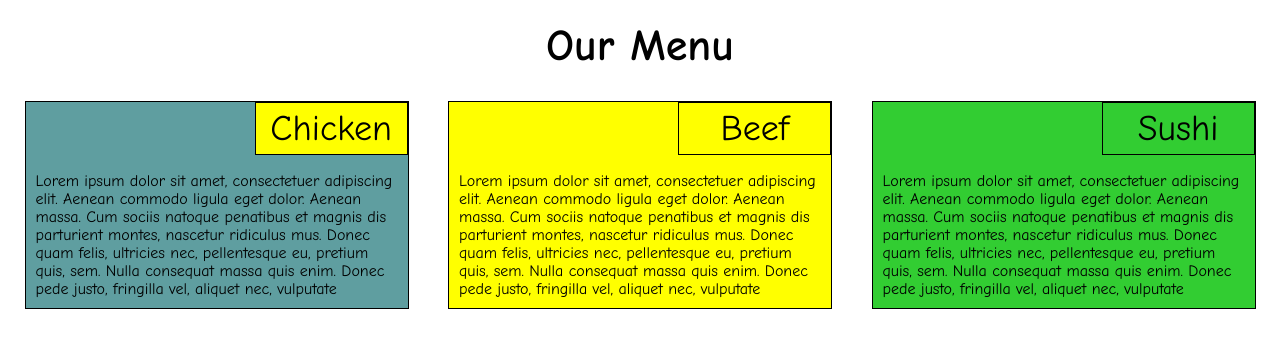
Repository: Normandy72/module2-solution
Page: index.html
An editor plug-in stored every save of this project. The page is shown before and after the next save, followed by the edit.
The browser window is 1280 px wide. The pictures show the whole page.

Above is the page before, as saved 2022-12-05 15:16:57.

### index.html
<!DOCTYPE html>
<html lang="en">
<head>
    <meta charset="UTF-8">
    <meta http-equiv="X-UA-Compatible" content="IE=edge">
    <meta name="viewport" content="width=device-width, initial-scale=1.0">
    <title>Our menu</title>
    <link href="https://fonts.googleapis.com/css2?family=Comic+Neue:ital,wght@0,300;0,400;0,700;1,300;1,400;1,700&family=Roboto:ital,wght@0,100;0,300;0,400;0,500;0,700;0,900;1,100;1,300;1,400;1,500;1,700;1,900&display=swap" rel="stylesheet">
    <link rel="stylesheet" href="styles/style.css">
</head>
<body>
    <h1>Our Menu</h1>
    <div class="wrapper">
        <div class="card">
            <div class="card__name">Chicken</div>
            <p class="card__text">Lorem ipsum dolor sit amet, consectetuer adipiscing elit. Aenean commodo ligula eget dolor. Aenean massa. Cum sociis natoque penatibus et magnis dis parturient montes, nascetur ridiculus mus. Donec quam felis, ultricies nec, pellentesque eu, pretium quis, sem. Nulla consequat massa quis enim. Donec pede justo, fringilla vel, aliquet nec, vulputate</p>
        </div>
        <div class="card">
            <div class="card__name">Beef</div>
            <p class="card__text">Lorem ipsum dolor sit amet, consectetuer adipiscing elit. Aenean commodo ligula eget dolor. Aenean massa. Cum sociis natoque penatibus et magnis dis parturient montes, nascetur ridiculus mus. Donec quam felis, ultricies nec, pellentesque eu, pretium quis, sem. Nulla consequat massa quis enim. Donec pede justo, fringilla vel, aliquet nec, vulputate</p>
        </div>
        <div class="card">
            <div class="card__name">Sushi</div>
            <p class="card__text">Lorem ipsum dolor sit amet, consectetuer adipiscing elit. Aenean commodo ligula eget dolor. Aenean massa. Cum sociis natoque penatibus et magnis dis parturient montes, nascetur ridiculus mus. Donec quam felis, ultricies nec, pellentesque eu, pretium quis, sem. Nulla consequat massa quis enim. Donec pede justo, fringilla vel, aliquet nec, vulputate</p>
        </div>
    </div>
</body>
</html>

### styles/style.css
*{
    font-family: 'Comic Neue', cursive;
    font-size: 10px;

    margin: 0;
    padding: 0;
    box-sizing: border-box;
}

h1{
    font-size: 4.4rem;
    text-align: center;

    padding-top: 20px;
    padding-bottom: 30px;
}

.wrapper{
    display: flex;
    justify-content: space-evenly;
}

.card{
    width: 30%;
    margin: 0 15px 30px;
    position: relative;
    border: 1px solid black;
}

.card__name{
    border: 1px solid black;
    font-size: 3.6rem;
    padding: 5px;
    text-align: center;
    width: 40%;
    position: absolute;
    top: 0;
    right: 0;
}

.card__text{
    font-size: 1.6rem;
    padding: 70px 10px 10px;
}

.card:nth-child(1){
    background-color: cadetblue;
}

.card:nth-child(2){
    background-color: yellow;
}

.card:nth-child(3){
    background-color: limegreen;
}

.card:nth-child(1) .card__name{
    background-color: yellow;
}

After the next save:
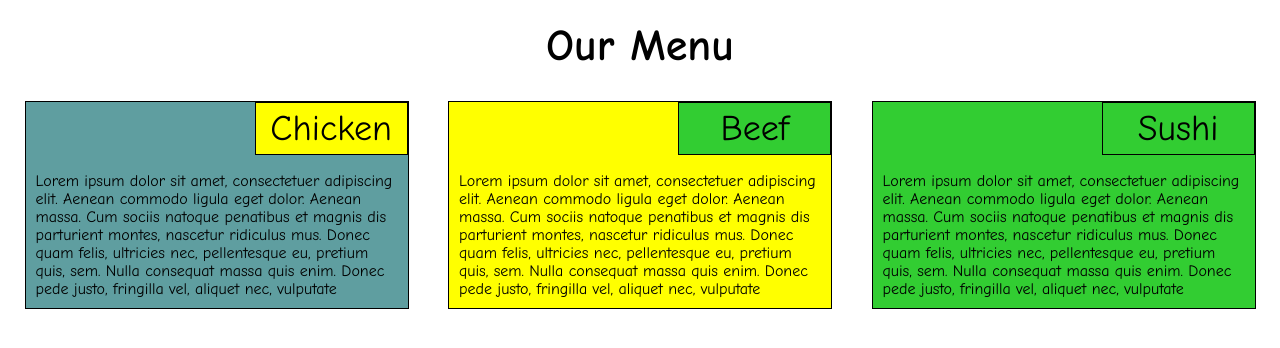
Saved 33 s later.
--- a/styles/style.css
+++ b/styles/style.css
@@ -58,3 +58,7 @@ h1{
 .card:nth-child(1) .card__name{
     background-color: yellow;
 }
+
+.card:nth-child(2) .card__name{
+    background-color: limegreen;
+}
